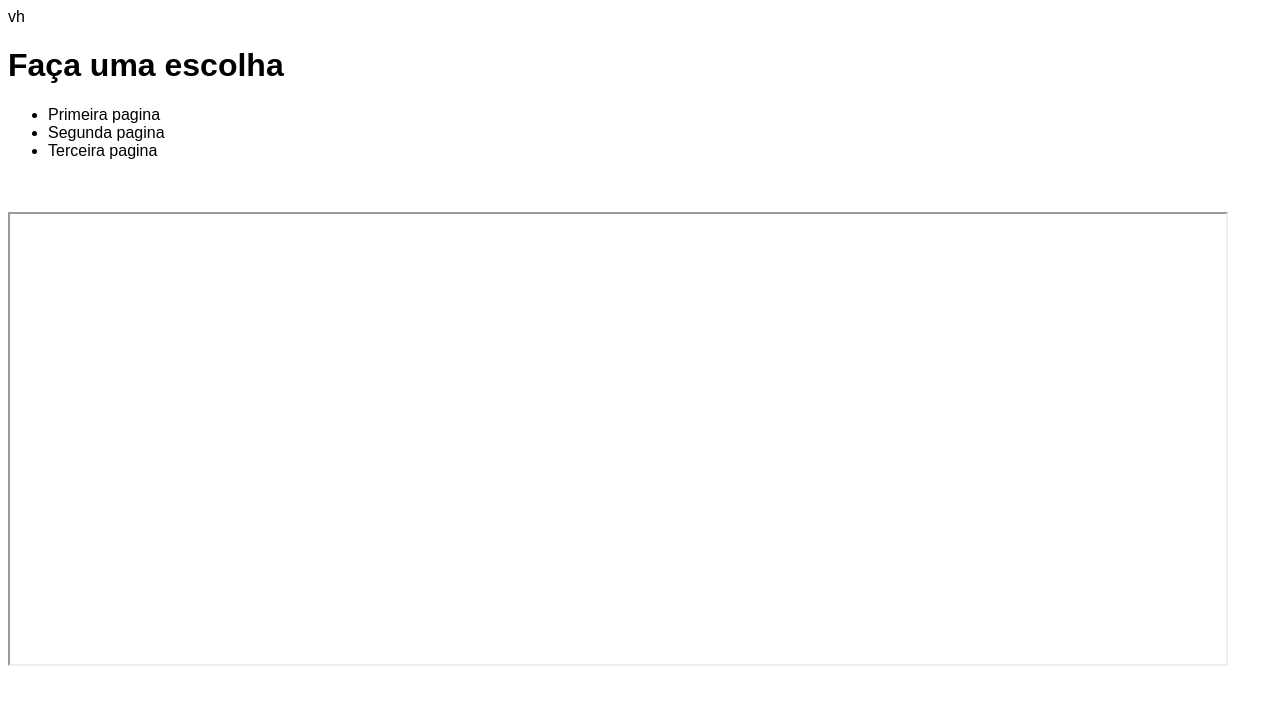
Repository: Lucianorodriguesdev/cursoHTML-CSS
Page: ex024/iframe003.html
The author's editor kept a copy of each file at every save. The page is drawn from the files as they stood at one save, then again after the next save.
The browser window is 1280 px wide. The pictures show the whole page.

Above is the page before, as saved 2026-07-01 08:22:21.

### ex024/iframe003.html
vh<!DOCTYPE html>
<html lang="pt-br">
<head>
    <meta charset="UTF-8">
    <meta name="viewport" content="width=device-width, initial-scale=1.0">
    <title>Uso de iframe</title>
    <style>
        body{
            font-family: Arial, Helvetica, sans-serif;
        }
        iframe{
            width: 95vw;
            height: 450px;
            border: 1 solid black;
        }
    </style>
</head>
<body>
    <h1>Faça uma escolha</h1>
    <ul>
        <li><a href="#"></a>Primeira pagina</li>
        <li><a href="#"></a>Segunda pagina</li>
        <li><a href="#"></a>Terceira pagina</li>
    </ul>
<br><br>
    <iframe src="" >
        <p>infelizmente seu navegador nao é compativel com isso</p>
    </iframe>
</body>
</html>

After the next save:
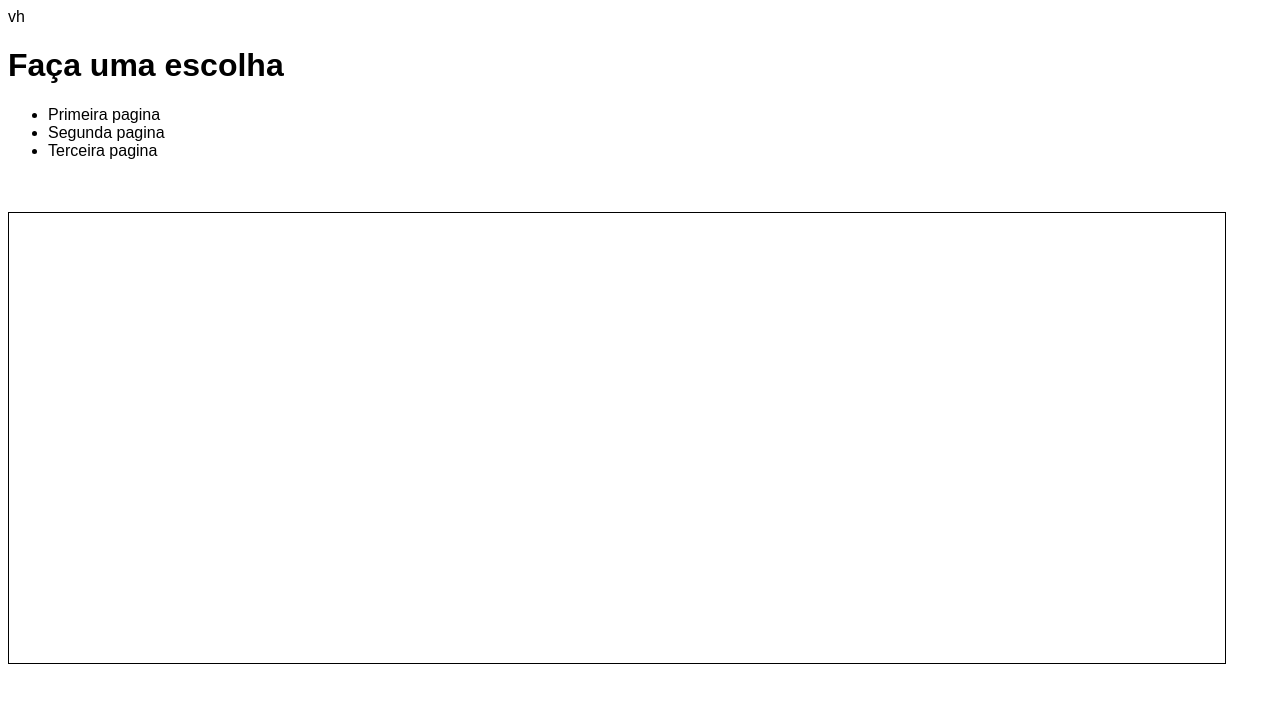
Saved 8 s later.
--- a/ex024/iframe003.html
+++ b/ex024/iframe003.html
@@ -11,7 +11,7 @@ vh<!DOCTYPE html>
         iframe{
             width: 95vw;
             height: 450px;
-            border: 1 solid black;
+            border: 1px solid black;
         }
     </style>
 </head>
